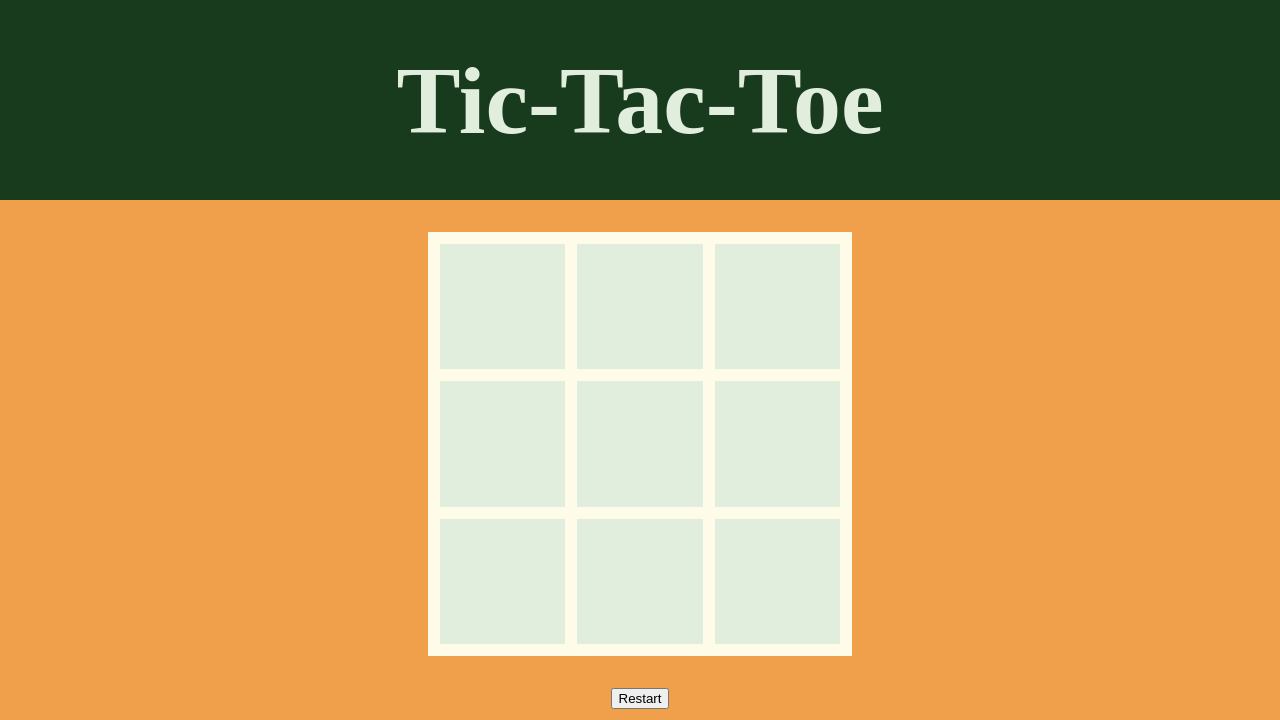
Repository: yeetzpxoci/tic-tac-toe
Page: index.html
These files come from the project's save history. The page is drawn as it stood at one moment and after the next save; the edit follows.
The browser window is 1280 px wide. The pictures show the whole page.

Above is the page before, as saved 2023-02-23 18:43:47.

After the next save:
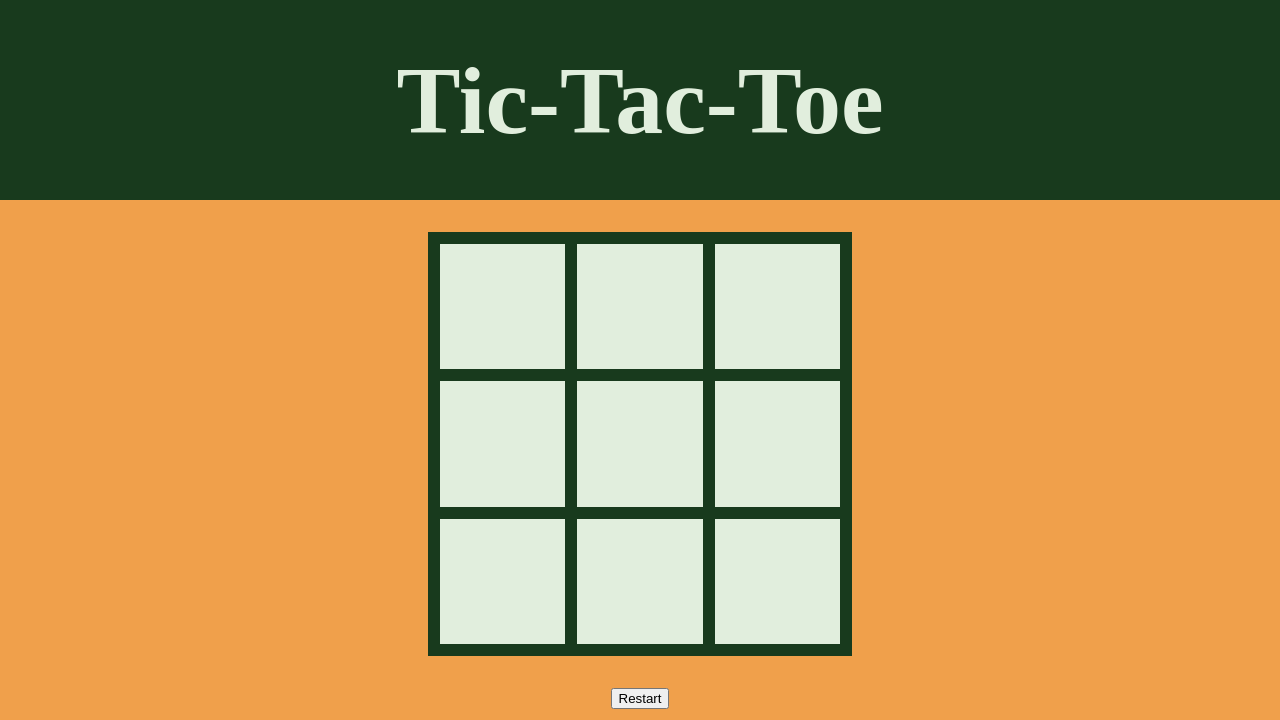
Saved 23 s later.
--- a/styles.css
+++ b/styles.css
@@ -29,7 +29,7 @@ body {
 .board {
     height: 400px;
     width: 400px;
-    background-color: #FEFBE9;
+    background-color: #183A1D;
     padding: 12px;
     gap: 12px;
     font-size: 96px;
